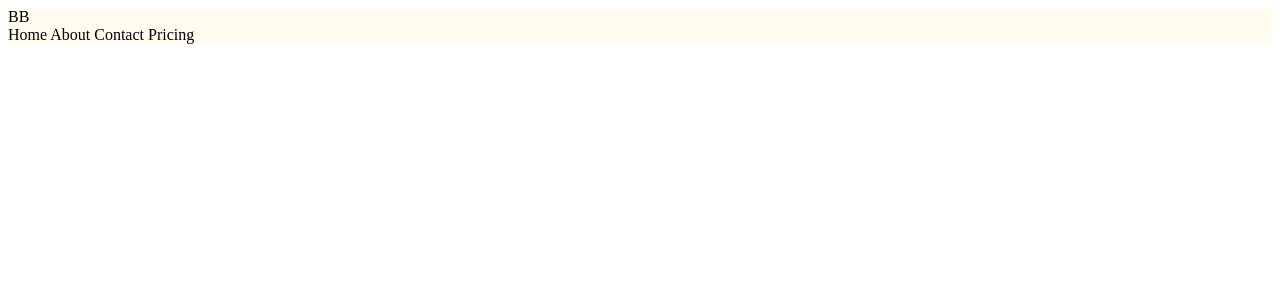
Repository: ngocphuocha/4lifeteam-marketing-agency
Page: index.html
These files come from the project's save history. The page is drawn as it stood at one moment and after the next save; the edit follows.
The browser window is 1280 px wide. The pictures show the whole page.

Above is the page before, as saved 2023-03-13 15:57:16.

### index.html
<!DOCTYPE html>
<html lang="en">
  <head>
    <meta charset="UTF-8" />
    <meta http-equiv="X-UA-Compatible" content="IE=edge" />
    <meta name="viewport" content="width=device-width, initial-scale=1.0" />
    <title>Landing page</title>
    <!-- hoang nhi css -->
    <link rel="stylesheet" href="css/footer-service.css" />
    <link rel="stylesheet" href="https://use.fontawesome.com/releases/v5.15.4/css/all.css" integrity="sha384-DyZ88mC6Up2uqS4h/KRgHuoeGwBcD4Ng9SiP4dIRy0EXTlnuz47vAwmeGwVChigm" crossorigin="anonymous"/>
  </head>
  <body>
    <!-- Our service (Hoang nhi) -->

    <!--  our service (hoang nhi) -->
  </body>


    <div class="background-footer">
          <div class="container">
            <div class="footer-left">
              <span>BB</span>
            </div>
            <div class="footer-right">
              <span>Home</span>
              <span>About</span>
              <span>Contact</span>
              <span>Pricing</span>
            </div>
          </div>
          <!-- <div class="list-left">
            <a>dsadsa</a>
          </div>
          <div class="list-right">
            <ul>
              <li>
                <a>Home</a>
              </li>
              <li>
                <a>About</a>
              </li>
              <li>
                <a>Contact</a>
              </li>
              <li>
                <a>Pricing</a>
              </li>
            </ul>
          </div>
          <div class="navbar">
            <a style="color: white;">dsadsa</a>
          </div>
          <div class="footer-text">
            <a>@ All right reserved 2022 webdesign.gdn</a>
          </div>
          <div class="footer-icons">
            <ul>
              <li>
                <a>FOLLOW US</a>
              </li>
              <li>
                <i class="fab fa-facebook-square"></i>
              </li>
              <li>
                <i class="fab fa-invision"></i>

              </li>
              <li>
                <i class="fab fa-twitter-square"></i>
              </li>
              <li>
                <i class="fab fa-instagram-square"></i>
              </li>

            </ul>
          </div> -->

    </div>
</html>

### css/footer-service.css
/*

.background-footer{
    width: 100%;
    background: #FFFBEF;
}

.background-footer .footer-text{
    margin-left: 135px;
}



.background-footer .list-right{
   float: right;
}

.background-footer .list-right ul{
   display: flex;
   list-style: none;
   margin-right: 135px;
 }
 .background-footer .list-right ul li{
    padding-left: 30px;
  }

  .background-footer .navbar{
    float: left;
    border-bottom: 2px solid rgba(5, 5, 5, 0.938);
    width: 1250px;
    margin-left: 135px;
    margin-right: 135px;
 }
 .background-footer .footer-text{
    float: left;
    padding-top: 34px;
 }

 .background-footer .footer-icons{
    float: right;
    padding-top: 34px;
 }

 .background-footer .footer-icons ul{
    display: flex;
    list-style: none;
    margin-right: 135px;
 }
 .background-footer .footer-icons ul li{
    padding-left: 12px;

 }
 .background-footer .footer-icons ul li a{
    text-decoration: none;
 }



  */


  .background-footer{
    background: #FFFBEF;
  }

After the next save:
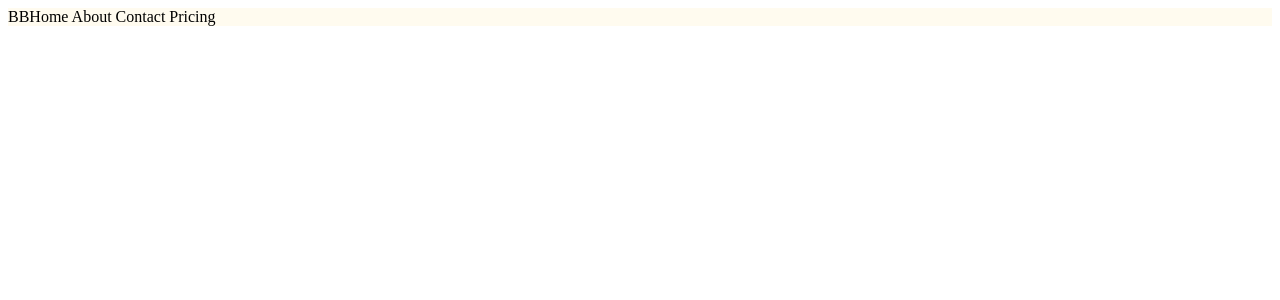
Saved 41 s later.
--- a/css/footer-service.css
+++ b/css/footer-service.css
@@ -62,3 +62,7 @@
   .background-footer{
     background: #FFFBEF;
   }
+
+  .background-footer .container{
+    display: flex;
+  }
